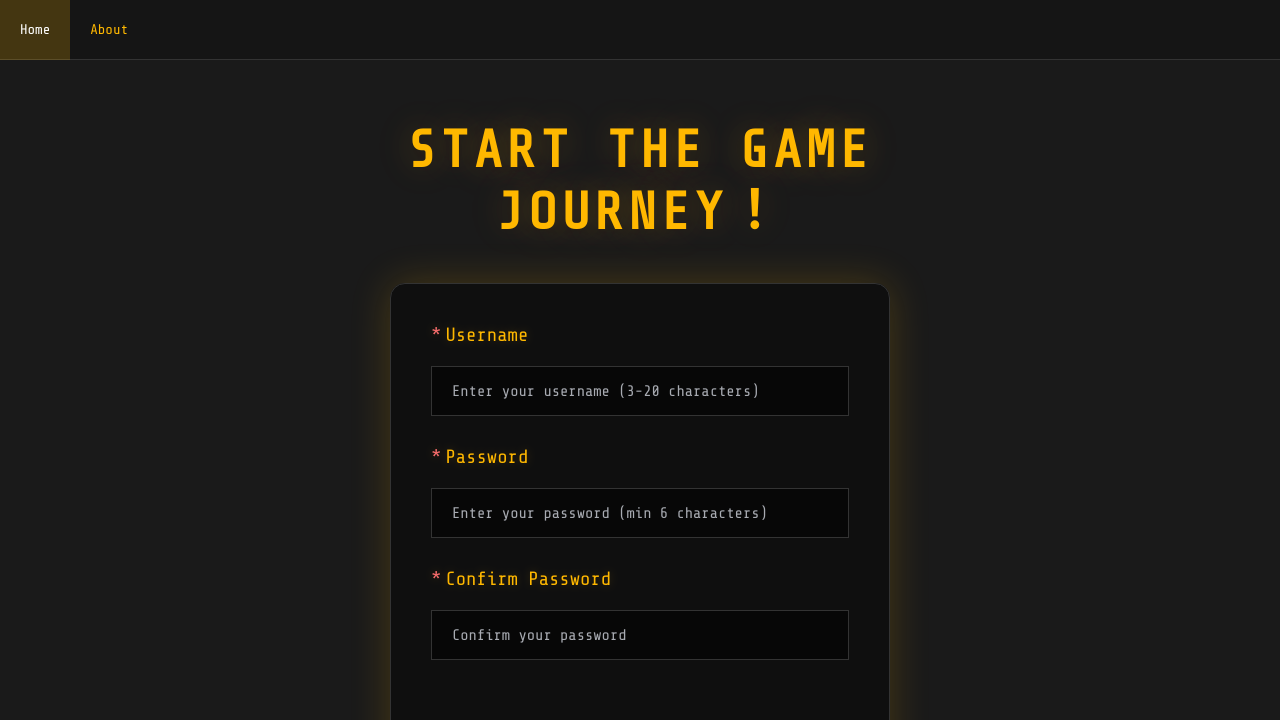
Repository: qqqq121114/se_417
Page: /register (app in client/)
An editor plug-in stored every save of this project. The page is shown before and after the next save, followed by the edit.
The browser window is 1280 px wide. The pictures show the whole page.
An inner scrolling area shows only its first screen. The project was rebuilt for these pictures with package versions that can differ from the ones it lists, and the page was loaded fresh each time. Also part of the build but not shown: client/vite.config.js, client/src/views/Home.vue.

Above is the page before, as saved 2024-12-08 13:13:57.

### client/src/main.js
import { createApp } from 'vue'
import { createPinia } from 'pinia'
import ElementPlus from 'element-plus'
import 'element-plus/dist/index.css'
import App from './App.vue'
import router from './router'

const app = createApp(App)

app.use(createPinia())
app.use(router)
app.use(ElementPlus)

app.mount('#app')

### client/src/App.vue
<template>
  <div id="app" class="cyber-theme">
    <el-container>
      <el-header>
        <el-menu mode="horizontal" router class="cyber-menu">
          <el-menu-item index="/">Home</el-menu-item>
          <el-menu-item index="/about">About</el-menu-item>
        </el-menu>
      </el-header>
      <el-main>
        <router-view></router-view>
      </el-main>
    </el-container>
  </div>
</template>

<script setup>
import { ElContainer, ElHeader, ElMain, ElMenu, ElMenuItem } from 'element-plus'
import 'element-plus/dist/index.css'
</script>

<style>
@import url('https://fonts.googleapis.com/css2?family=Share+Tech+Mono&display=swap');

/* 重置默认样式 */
* {
  margin: 0;
  padding: 0;
  box-sizing: border-box;
}

html, body {
  margin: 0;
  padding: 0;
  width: 100%;
  height: 100%;
  overflow-x: hidden;
  background-color: var(--cyber-bg);
}

:root {
  --cyber-bg: #1a1a1a;
  --cyber-text: #FFB800;
  --cyber-glow: #FFB80033;
  --cyber-border: #333333;
}

#app {
  font-family: 'Share Tech Mono', monospace;
  -webkit-font-smoothing: antialiased;
  -moz-osx-font-smoothing: grayscale;
  color: var(--cyber-text);
  background-color: var(--cyber-bg);
  min-height: 100vh;
  width: 100%;
  margin: 0;
  padding: 0;
}

.cyber-theme {
  background: var(--cyber-bg);
  min-height: 100vh;
  width: 100%;
}

.el-container {
  min-height: 100vh;
  margin: 0;
  padding: 0;
}

.el-header {
  padding: 0;
  background: rgba(0, 0, 0, 0.2);
  border-bottom: 1px solid var(--cyber-border);
  margin: 0;
}

.el-main {
  padding: 20px;
  background: var(--cyber-bg);
  margin: 0;
}

.cyber-menu {
  background: transparent !important;
  border: none !important;
  margin: 0;
  padding: 0;
}

.el-menu--horizontal > .el-menu-item {
  color: var(--cyber-text) !important;
  font-family: 'Share Tech Mono', monospace !important;
  border: none !important;
}

.el-menu--horizontal > .el-menu-item:hover,
.el-menu--horizontal > .el-menu-item:focus,
.el-menu--horizontal > .el-menu-item.is-active {
  color: #fff !important;
  background: var(--cyber-glow) !important;
  border: none !important;
}

/* 全局按钮样式 */
.el-button {
  background: transparent !important;
  border: 1px solid var(--cyber-text) !important;
  color: var(--cyber-text) !important;
  font-family: 'Share Tech Mono', monospace !important;
  transition: all 0.3s ease;
}

.el-button:hover {
  background: var(--cyber-glow) !important;
  color: #fff !important;
  box-shadow: 0 0 10px var(--cyber-glow);
}

/* 卡片样式 */
.el-card {
  background: rgba(0, 0, 0, 0.2) !important;
  border: 1px solid var(--cyber-border) !important;
  backdrop-filter: blur(5px);
}

.el-card__header {
  border-bottom: 1px solid var(--cyber-border) !important;
}
</style>

### client/src/router/index.js
import { createRouter, createWebHistory } from 'vue-router'
import Home from '../views/Home.vue'

const routes = [
  {
    path: '/',
    name: 'Home',
    component: Home
  },
  {
    path: '/about',
    name: 'About',
    component: () => import('../views/About.vue')
  },
  {
    path: '/register',
    name: 'Register',
    component: () => import('../views/Register.vue')
  },
  {
    path: '/login',
    name: 'Login',
    component: () => import('../views/Login.vue'),
    props: route => ({ key: Date.now() })
  }
]

const router = createRouter({
  history: createWebHistory(),
  routes
})

export default router

### client/src/views/Register.vue
<template>
  <div class="register">
    <h1 class="cyber-title">Start The Game Journey！</h1>
    <div class="register-form">
      <el-form
        :model="form"
        :rules="rules"
        ref="formRef"
        label-position="top"
        status-icon
      >
        <el-form-item prop="username" label="Username">
          <el-input
            v-model="form.username"
            placeholder="Enter your username (3-20 characters)"
            class="cyber-input"
          ></el-input>
        </el-form-item>
        <el-form-item prop="password" label="Password">
          <el-input
            v-model="form.password"
            type="password"
            placeholder="Enter your password (min 6 characters)"
            show-password
            class="cyber-input"
          ></el-input>
        </el-form-item>
        <el-form-item prop="confirmPassword" label="Confirm Password">
          <el-input
            v-model="form.confirmPassword"
            type="password"
            placeholder="Confirm your password"
            show-password
            class="cyber-input"
          ></el-input>
        </el-form-item>
        <el-form-item>
          <el-button class="cyber-button" type="primary" @click="submitForm">Register</el-button>
        </el-form-item>
      </el-form>
    </div>
  </div>
</template>

<script setup>
import { ref, reactive } from 'vue'
import { ElMessage } from 'element-plus'
import axios from 'axios'
import { useRouter } from 'vue-router'

const router = useRouter()
const formRef = ref(null)

// 表单数据
const form = reactive({
  username: '',
  password: '',
  confirmPassword: ''
})

// 验证规则
const rules = {
  username: [
    { required: true, message: 'Please enter your username', trigger: 'blur' },
    { min: 3, max: 20, message: 'Length should be 3 to 20 characters', trigger: 'blur' },
    { pattern: /^[a-zA-Z0-9_]+$/, message: 'Only letters, numbers and underscore allowed', trigger: 'blur' }
  ],
  password: [
    { required: true, message: 'Please enter your password', trigger: 'blur' },
    { min: 6, message: 'Password must be at least 6 characters', trigger: 'blur' },
    {
      pattern: /^(?=.*[A-Za-z])(?=.*\d)[A-Za-z\d]{6,}$/,
      message: 'Password must contain both letters and numbers',
      trigger: 'blur'
    }
  ],
  confirmPassword: [
    { required: true, message: 'Please confirm your password', trigger: 'blur' },
    {
      validator: (rule, value, callback) => {
        if (value !== form.password) {
          callback(new Error('Passwords do not match!'))
        } else {
          callback()
        }
      },
      trigger: 'blur'
    }
  ]
}

// 提交表单
const submitForm = async () => {
  if (!formRef.value) return

  try {
    await formRef.value.validate()

    // 发送注册请求
    const response = await axios.post('http://localhost:3000/api/users/register', {
      username: form.username,
      password: form.password
    })

    ElMessage.success('Registration successful!')
    console.log('User registered:', response.data)

    // 注册成功后跳转到首页
    setTimeout(() => {
      router.push('/')
    }, 1500)
  } catch (error) {
    if (error.response) {
      // 服务器返回的错误信息
      ElMessage.error(error.response.data.message || 'Registration failed')
    } else if (error.message) {
      // 表单验证错误
      ElMessage.error('Please check your input!')
    } else {
      ElMessage.error('Registration failed')
    }
    console.error('Registration error:', error)
  }
}
</script>

<style scoped>
.register {
  display: flex;
  flex-direction: column;
  align-items: center;
  padding: 40px 20px;
  min-height: calc(100vh - 60px);
}

.cyber-title {
  font-size: 4vw;
  width: 60vw;
  color: var(--cyber-text);
  text-transform: uppercase;
  letter-spacing: 0.1em;
  margin-bottom: 40px;
  text-shadow: 0 0 20px var(--cyber-glow);
  animation: breathe 3s ease-in-out infinite;
  user-select: none;
  text-align: center;
  line-height: 1.2;
  white-space: normal;
  word-wrap: break-word;
  padding: 0 20px;
}

@keyframes breathe {
  0% {
    text-shadow: 0 0 20px var(--cyber-glow);
    transform: scale(1);
  }
  50% {
    text-shadow: 0 0 40px var(--cyber-glow), 0 0 60px var(--cyber-glow);
    transform: scale(1.02);
  }
  100% {
    text-shadow: 0 0 20px var(--cyber-glow);
    transform: scale(1);
  }
}

.register-form {
  width: 100%;
  max-width: 500px;
  background: rgba(0, 0, 0, 0.4);
  padding: 40px;
  border-radius: 15px;
  border: 1px solid var(--cyber-border);
  box-shadow: 0 0 30px rgba(255, 184, 0, 0.15);
  backdrop-filter: blur(10px);
  animation: formGlow 4s ease-in-out infinite;
}

@keyframes formGlow {
  0% {
    box-shadow: 0 0 30px rgba(255, 184, 0, 0.15);
  }
  50% {
    box-shadow: 0 0 50px rgba(255, 184, 0, 0.25);
  }
  100% {
    box-shadow: 0 0 30px rgba(255, 184, 0, 0.15);
  }
}

.el-form-item {
  margin-bottom: 30px;
}

:deep(.el-form-item__label) {
  color: var(--cyber-text) !important;
  font-family: 'Share Tech Mono', monospace;
  font-size: 1.2em;
  padding-bottom: 12px;
  text-shadow: 0 0 10px var(--cyber-glow);
}

:deep(.el-input__wrapper) {
  background: transparent !important;
  box-shadow: none !important;
  padding: 0 !important;
}

:deep(.el-input__inner) {
  background: rgba(0, 0, 0, 0.5) !important;
  border: 1px solid var(--cyber-border) !important;
  color: var(--cyber-text) !important;
  font-family: 'Share Tech Mono', monospace;
  height: 50px;
  padding: 0 20px;
  font-size: 1.1em;
  transition: all 0.3s ease;
}

:deep(.el-input__inner:hover) {
  border-color: var(--cyber-text) !important;
  box-shadow: 0 0 15px var(--cyber-glow) !important;
}

:deep(.el-input__inner:focus) {
  border-color: var(--cyber-text) !important;
  box-shadow: 0 0 25px var(--cyber-glow) !important;
}

:deep(.el-input__suffix) {
  right: 15px;
}

:deep(.el-form-item__error) {
  color: #ff4757 !important;
  font-family: 'Share Tech Mono', monospace;
  font-size: 1em;
  margin-top: 8px;
  text-shadow: 0 0 8px rgba(255, 71, 87, 0.4);
}

:deep(.el-form-item.is-error .el-input__inner) {
  border-color: #ff4757 !important;
  box-shadow: 0 0 15px rgba(255, 71, 87, 0.4) !important;
}

.cyber-button {
  width: 100%;
  margin-top: 30px;
  height: 55px;
  font-size: 1.3em;
  letter-spacing: 0.15em;
  background: transparent !important;
  border: 1px solid var(--cyber-text) !important;
  color: var(--cyber-text) !important;
  transition: all 0.3s ease;
  text-transform: uppercase;
}

.cyber-button:hover {
  background: var(--cyber-text) !important;
  color: var(--cyber-bg) !important;
  box-shadow: 0 0 30px var(--cyber-glow);
  transform: translateY(-2px);
}

/* 响应式设计 */
@media (max-width: 768px) {
  .cyber-title {
    font-size: 8vw;
    width: 90vw;
    padding: 0 10px;
  }

  .register-form {
    padding: 25px;
  }

  :deep(.el-form-item__label) {
    font-size: 1.1em;
  }

  :deep(.el-input__inner) {
    height: 45px;
    font-size: 1em;
  }

  .cyber-button {
    height: 50px;
    font-size: 1.2em;
  }
}
</style>

Loaded but not shown: client/index.html (common file)

After the next save:
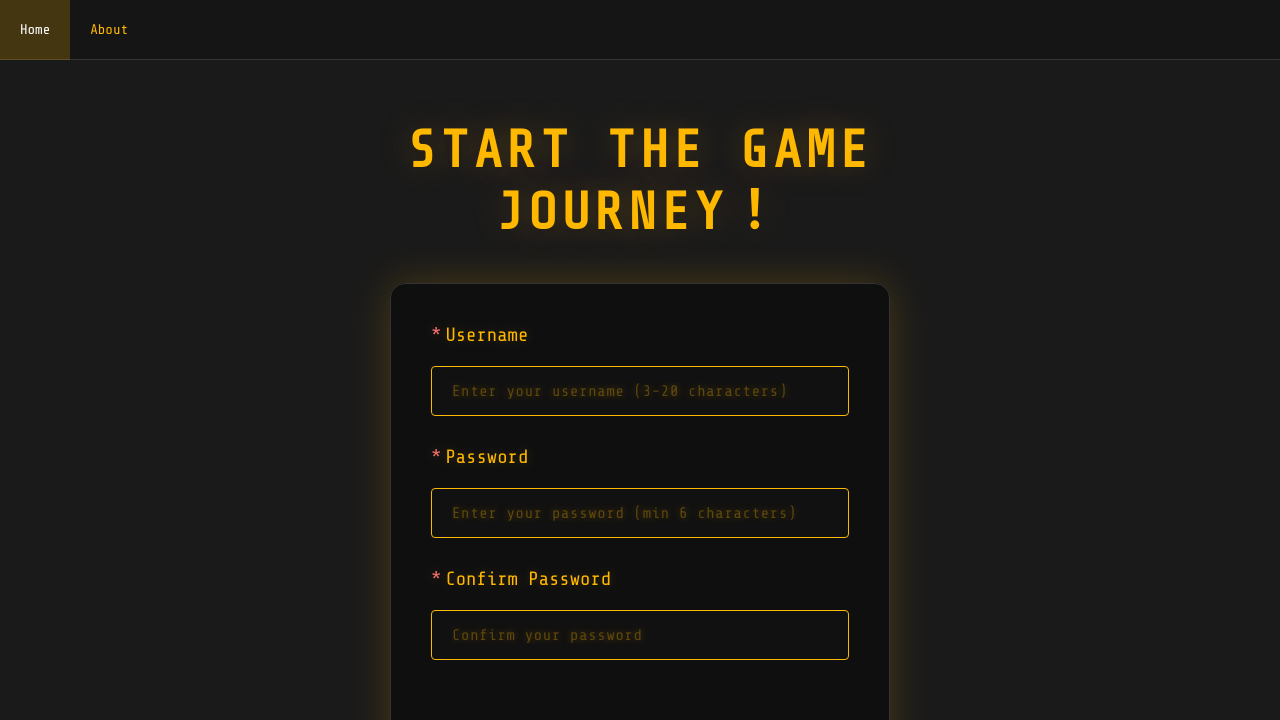
Saved 2 min 36 s later.
--- a/client/src/views/Register.vue
+++ b/client/src/views/Register.vue
@@ -205,44 +205,90 @@ const submitForm = async () => {
   background: transparent !important;
   box-shadow: none !important;
   padding: 0 !important;
+  border: none !important;
 }
 
 :deep(.el-input__inner) {
-  background: rgba(0, 0, 0, 0.5) !important;
-  border: 1px solid var(--cyber-border) !important;
+  background: rgba(18, 18, 18, 0.95) !important;
+  border: 1px solid var(--cyber-text) !important;
   color: var(--cyber-text) !important;
   font-family: 'Share Tech Mono', monospace;
   height: 50px;
-  padding: 0 20px;
+  padding: 0 20px !important;
   font-size: 1.1em;
+  letter-spacing: 0.05em;
   transition: all 0.3s ease;
+  border-radius: 4px;
+  caret-color: var(--cyber-text);
+  text-shadow: 0 0 10px rgba(255, 184, 0, 0.3);
+}
+
+:deep(.el-input__inner::placeholder) {
+  color: rgba(255, 184, 0, 0.3) !important;
+  font-family: 'Share Tech Mono', monospace;
+  letter-spacing: 0.05em;
 }
 
 :deep(.el-input__inner:hover) {
   border-color: var(--cyber-text) !important;
   box-shadow: 0 0 15px var(--cyber-glow) !important;
+  background: rgba(26, 26, 26, 0.95) !important;
 }
 
 :deep(.el-input__inner:focus) {
   border-color: var(--cyber-text) !important;
   box-shadow: 0 0 25px var(--cyber-glow) !important;
+  background: rgba(26, 26, 26, 0.95) !important;
+  animation: inputPulse 1.5s infinite;
+}
+
+@keyframes inputPulse {
+  0% {
+    box-shadow: 0 0 25px var(--cyber-glow);
+  }
+  50% {
+    box-shadow: 0 0 35px var(--cyber-glow);
+  }
+  100% {
+    box-shadow: 0 0 25px var(--cyber-glow);
+  }
 }
 
 :deep(.el-input__suffix) {
-  right: 15px;
-}
-
-:deep(.el-form-item__error) {
-  color: #ff4757 !important;
-  font-family: 'Share Tech Mono', monospace;
-  font-size: 1em;
-  margin-top: 8px;
-  text-shadow: 0 0 8px rgba(255, 71, 87, 0.4);
+  right: 15px !important;
+}
+
+:deep(.el-input__suffix-inner) {
+  color: var(--cyber-text) !important;
+  opacity: 0.8;
+  transition: all 0.3s ease;
+}
+
+:deep(.el-input__suffix-inner:hover) {
+  opacity: 1;
+  text-shadow: 0 0 10px var(--cyber-glow);
+}
+
+:deep(.el-input.is-focus .el-input__wrapper) {
+  box-shadow: none !important;
 }
 
 :deep(.el-form-item.is-error .el-input__inner) {
   border-color: #ff4757 !important;
   box-shadow: 0 0 15px rgba(255, 71, 87, 0.4) !important;
+  animation: errorPulse 1.5s infinite;
+}
+
+@keyframes errorPulse {
+  0% {
+    box-shadow: 0 0 15px rgba(255, 71, 87, 0.4);
+  }
+  50% {
+    box-shadow: 0 0 25px rgba(255, 71, 87, 0.6);
+  }
+  100% {
+    box-shadow: 0 0 15px rgba(255, 71, 87, 0.4);
+  }
 }
 
 .cyber-button {
